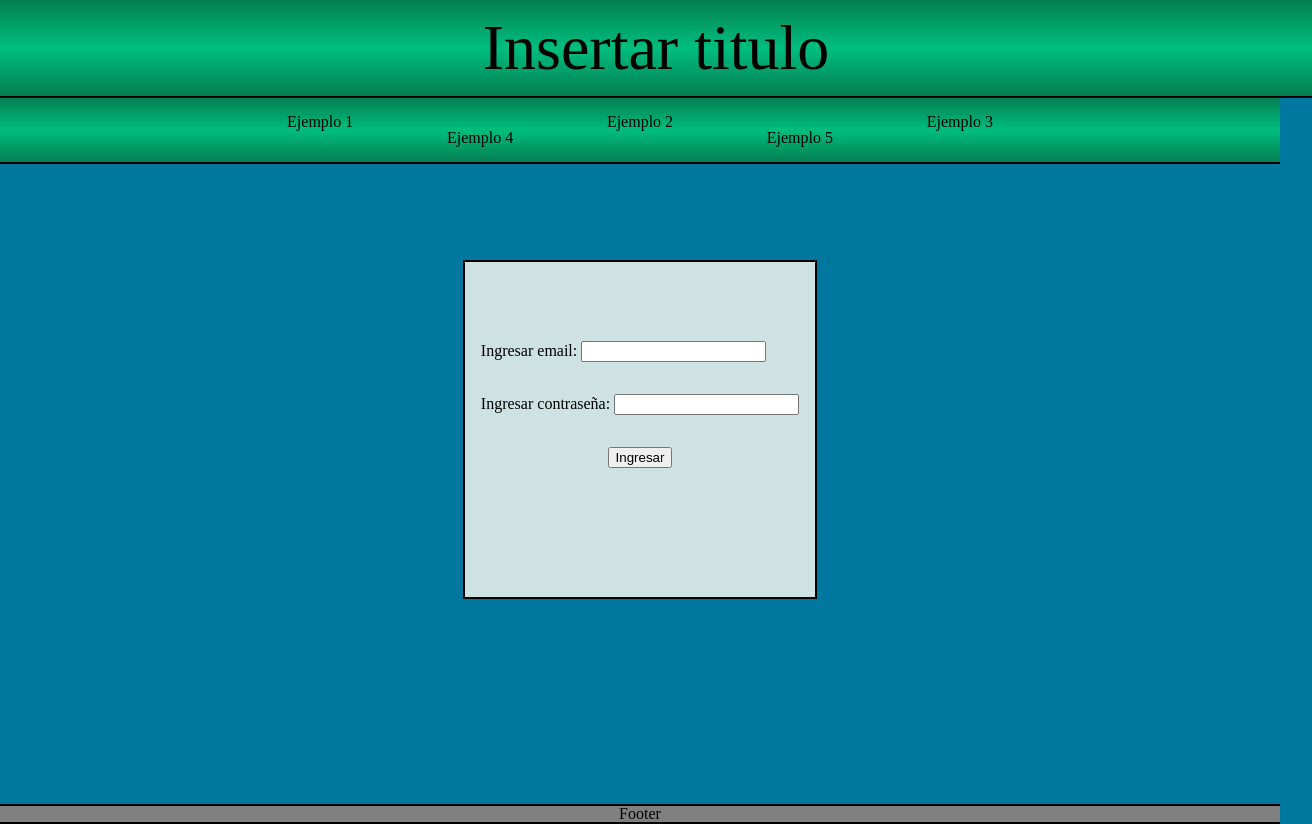
Repository: FacundoKinderknecht/Parcial-2-LPPA
Page: login/login.html
The author's editor kept a copy of each file at every save. The page is drawn from the files as they stood at one save, then again after the next save.
The browser window is 1280 px wide. The page is 1312 px wide, so the pictures cover 1312 px, including what lies to the right of the window. The pictures show the whole page.

Above is the page before, as saved 2022-07-06 10:45:29.

After the next save:
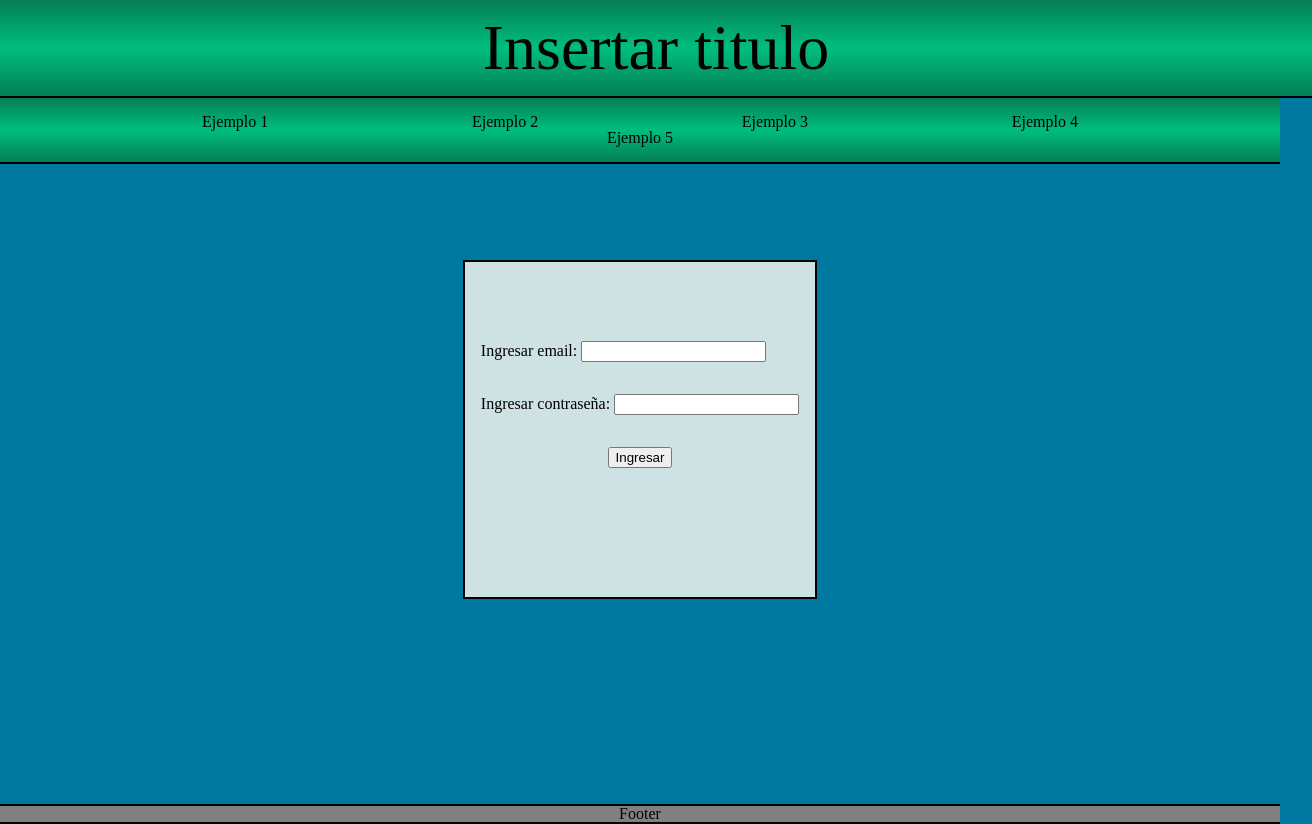
Saved 5 s later.
--- a/login/login.css
+++ b/login/login.css
@@ -21,7 +21,7 @@ a{
     display: inline-block;
     text-decoration: none;
     color: black;
-    padding: 0% 10%;
+    padding: 0% 8%;
 }
 body{
     background-color: rgb(0, 119, 159);
